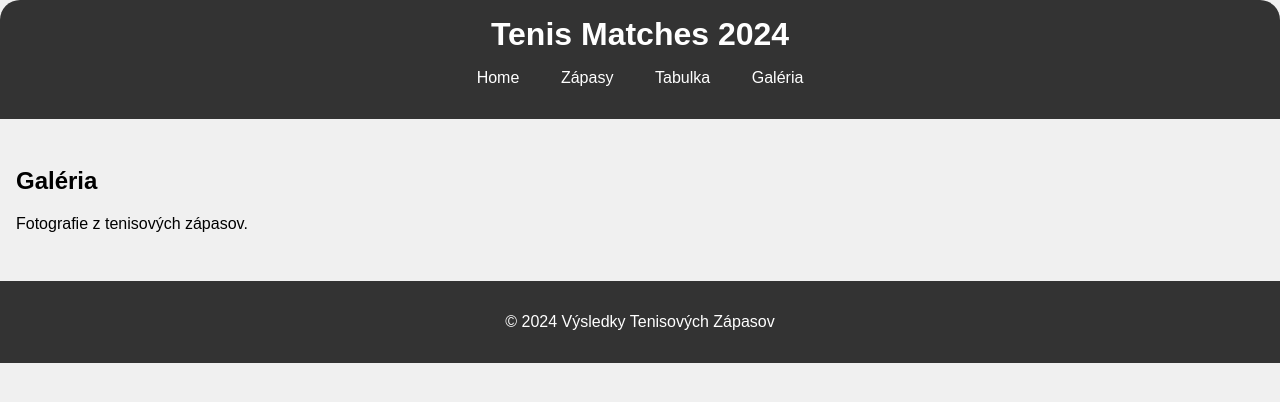
Repository: Badynko/tenis
Page: gallery.html
The author's editor kept a copy of each file at every save. The page is drawn from the files as they stood at one save, then again after the next save.
The browser window is 1280 px wide. The pictures show the whole page.

Above is the page before, as saved 2024-07-20 17:16:06.

### gallery.html
<!DOCTYPE html>
<html lang="sk">
  <head>
    <meta charset="UTF-8" />
    <meta name="viewport" content="width=device-width, initial-scale=1.0" />
    <title>Tenis Matches 2024</title>
    <link rel="stylesheet" href="css/style.css" />
  </head>
  <body>
    <header>
      <h1>Tenis Matches 2024</h1>
      <nav>
        <ul class="menu">
          <li><a href="index.html">Home</a></li>
          <li><a href="matches.html">Zápasy</a></li>
          <li><a href="table.html">Tabulka</a></li>
          <li><a href="gallery.html">Galéria</a></li>
        </ul>
      </nav>
    </header>
    <main>
      <section id="galeria">
        <h2>Galéria</h2>
        <p>Fotografie z tenisových zápasov.</p>
      </section>
    </main>
    <footer>
      <p>&copy; 2024 Výsledky Tenisových Zápasov</p>
    </footer>
    <script src="js/script.js"></script>
  </body>
</html>

### css/style.css
body {
  font-family: Arial, sans-serif;
  margin: 0;
  padding: 0;
  background-color: #f0f0f0;
}

header {
  background-color: #333;
  color: #fff;
  text-align: center;
  padding: 1rem 0;
  border-radius: 20px 20px 0 0;
}

h1 {
  margin: 0;
}

nav {
  margin: 1rem 0;
}

.menu {
  list-style-type: none;
  padding: 0;
  display: flex;
  justify-content: center;
}

.menu li {
  margin: 0 1rem;
}

.menu a {
  color: #fff;
  text-decoration: none;
  padding: 0.5rem 0.3rem;
  border-radius: 5px;
  transition: background-color 0.3s;
}

.menu a:hover {
  background-color: #575757;
}

main {
  padding: 1rem;
}

section {
  margin: 2rem 0;
}

.match {
  background-color: #fff;
  margin: 1rem 0;
  padding: 1rem;
  border-radius: 5px;
  box-shadow: 0 0 10px rgba(0, 0, 0, 0.1);
  display: flex;
  justify-content: space-between;
  align-items: center;
  flex-wrap: wrap;
}

.player {
  font-size: 1.2rem;
  flex: 1 1 100%;
  text-align: center;
  margin: 0.5rem 0;
}

.score {
  font-size: 1.5rem;
  flex: 1 1 100%;
  text-align: center;
  font-weight: bold;
  color: #333;
  margin: 0.5rem 0;
}

footer {
  background-color: #333;
  color: #fff;
  text-align: center;
  padding: 1rem 0;
}

@media (min-width: 600px) {
  .match {
    flex-wrap: nowrap;
  }

  .player,
  .score {
    flex: 1;
    text-align: left;
  }

  .score {
    text-align: center;
  }
}

### js/script.js
document.addEventListener("DOMContentLoaded", () => {
  // JavaScript môže byť použitý na dynamické načítanie výsledkov
  // Alebo na pridanie interaktívnych prvkov
});

After the next save:
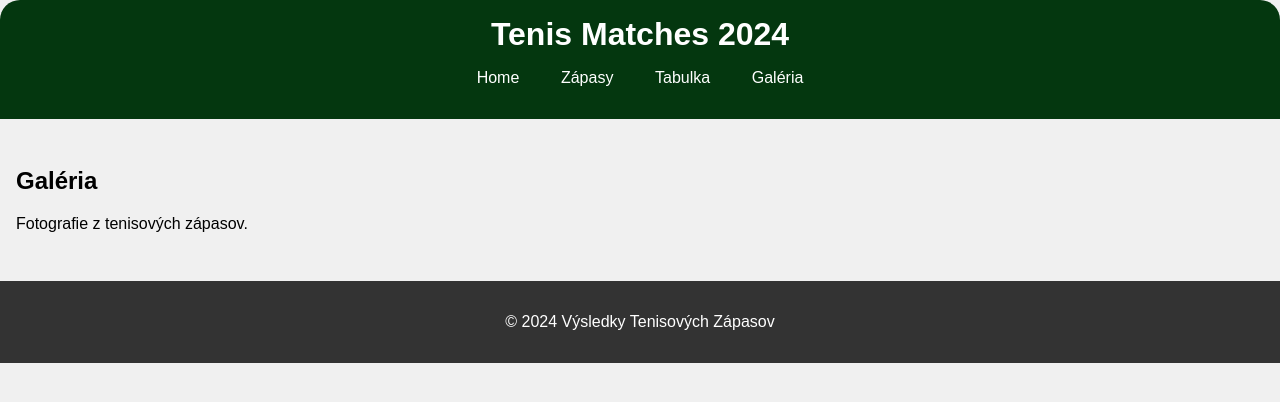
Saved 22 s later.
--- a/css/style.css
+++ b/css/style.css
@@ -6,7 +6,7 @@ body {
 }
 
 header {
-  background-color: #333;
+  background-color: #04370f;
   color: #fff;
   text-align: center;
   padding: 1rem 0;
